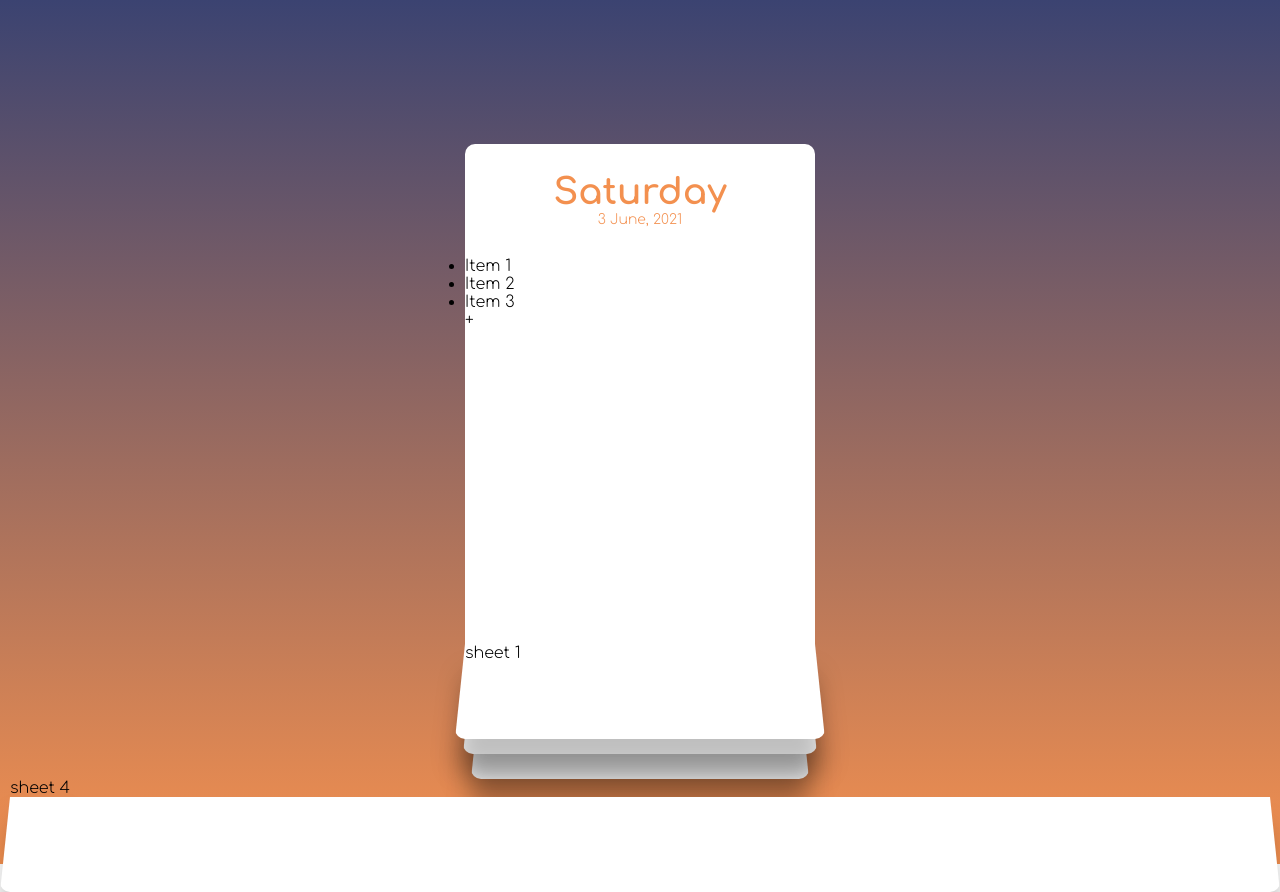
Repository: Colo-Codes/mini-projects
Page: todo-app/index.html
The author's editor kept a copy of each file at every save. The page is drawn from the files as they stood at one save, then again after the next save.
The browser window is 1280 px wide. The pictures show the whole page.

Above is the page before, as saved 2021-07-04 11:50:12.

### todo-app/index.html
<!DOCTYPE html>
<html lang="en">
    <head>
        <meta charset="UTF-8" />
        <meta http-equiv="X-UA-Compatible" content="IE=edge" />
        <meta name="viewport" content="width=device-width, initial-scale=1.0" />
        <link rel="stylesheet" href="./css/index.css" />
        <title>Mini-Project - ToDo app</title>
    </head>
    <body>
        <div class="changing-background">
            <main class="todo">
                <section id="todo--header">
                    <header>Saturday</header>
                    <p>3 June, 2021</p>
                </section>
                <section id="todo--tasks-list">
                    <ul>
                        <li class="todo--tasks-list--item">Item 1</li>
                        <li class="todo--tasks-list--item">Item 2</li>
                        <li class="todo--tasks-list--item">Item 3</li>
                    </ul>
                </section>
                <section id="todo--footer">
                    <p>+</p>
                </section>
            </main>
            <div id="sheet-1-3d">sheet 1</div>
            <div id="sheet-2-3d">sheet 2</div>
            <div id="sheet-3-3d">sheet 3</div>
            <div id="sheet-4-3d">sheet 4</div>
        </div>
    </body>
</html>

### todo-app/css/index.css
@import url('https://fonts.googleapis.com/css2?family=Comfortaa:wght@300;700&display=swap');

/* Initial reset */

html {
    box-sizing: border-box;
    font-size: 16px;
}

*,
*:before,
*:after {
    box-sizing: inherit;
    margin: 0;
    padding: 0;
    /*outline: 1px dashed blue; /* Debugging purposes */
}

body {
    font-family: 'Comfortaa', cursive;
    background: #f3904f; /* fallback for old browsers */
    background: -webkit-linear-gradient(
        to bottom,
        #3b4371,
        #f3904f
    ); /* Chrome 10-25, Safari 5.1-6 */
    background: linear-gradient(
        to bottom,
        #3b4371,
        #f3904f
    ); /* W3C, IE 10+/ Edge, Firefox 16+, Chrome 26+, Opera 12+, Safari 7+ */
    background-repeat: no-repeat;
    background-size: cover;
    height: 100vh;
}

.todo {
    margin: auto;
    margin-top: 20vh;
    width: 350px;
    height: 500px;
    background-color: white;
    border-radius: 10px 10px 0 0;
}

div [id^='sheet-'] {
    margin: auto;
    border-radius: 0 0 10px 10px;
    -webkit-filter: drop-shadow(0px 30px 12px rgba(0, 0, 0, 0.25));
    filter: drop-shadow(0px 30px 12px rgba(0, 0, 0, 0.25));
    -ms-filter: "progid:DXImageTransform.Microsoft.Dropshadow(OffX=0, OffY=30, Color='#444')";
    filter: "progid:DXImageTransform.Microsoft.Dropshadow(OffX=0, OffY=30, Color='#444')";
    /* trapezoidal shape */
    border-bottom: 95px solid white;
    border-left: 10px solid transparent;
    border-right: 10px solid transparent;
}
#sheet-1-3d {
    width: 370px;
    height: 95px;
    margin: auto;
    border-radius: 0 0 10px 10px;

    position: relative;
    z-index: 1;
}
#sheet-2-3d {
    width: 354px;
    height: 95px;
    margin: auto;
    margin-top: -80px;
    border-radius: 0 0 10px 10px;
    position: relative;
    z-index: -1;
}
#sheet-3-3d {
    width: 338px;
    height: 95px;
    margin: auto;
    margin-top: -70px;
    border-radius: 0 0 10px 10px;
    position: relative;
    z-index: -2;
}

#todo--header header {
    padding-top: 1.75rem;
    font-size: 2.25rem;
    font-weight: 700;
    text-align: center;
    color: #f3904f;
}

#todo--header p {
    font-size: 0.875rem;
    text-align: center;
    color: #f3904f;
}

#todo--tasks-list {
    margin-top: 1.875rem;
}

After the next save:
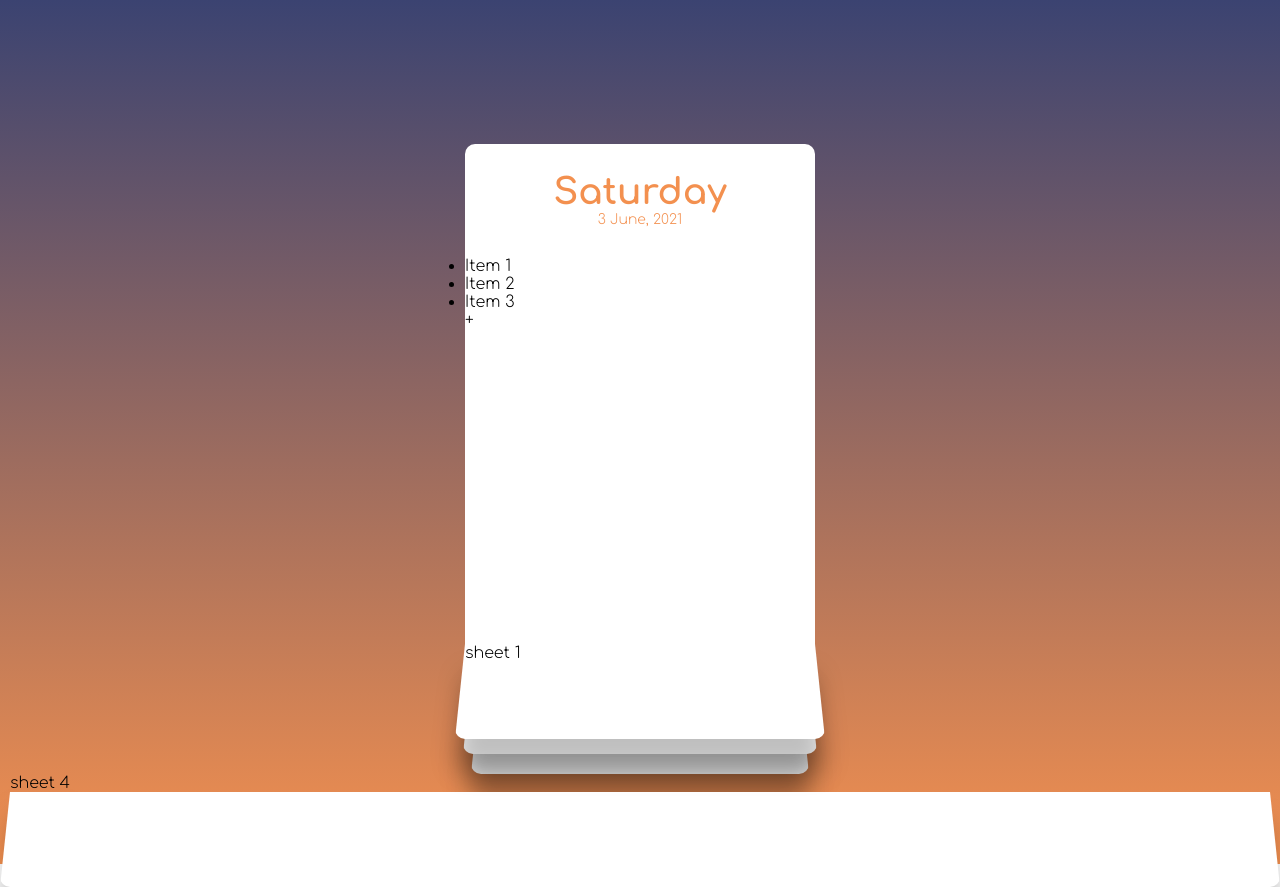
Saved 8 s later.
--- a/todo-app/css/index.css
+++ b/todo-app/css/index.css
@@ -77,7 +77,7 @@ div [id^='sheet-'] {
     width: 338px;
     height: 95px;
     margin: auto;
-    margin-top: -70px;
+    margin-top: -75px;
     border-radius: 0 0 10px 10px;
     position: relative;
     z-index: -2;
